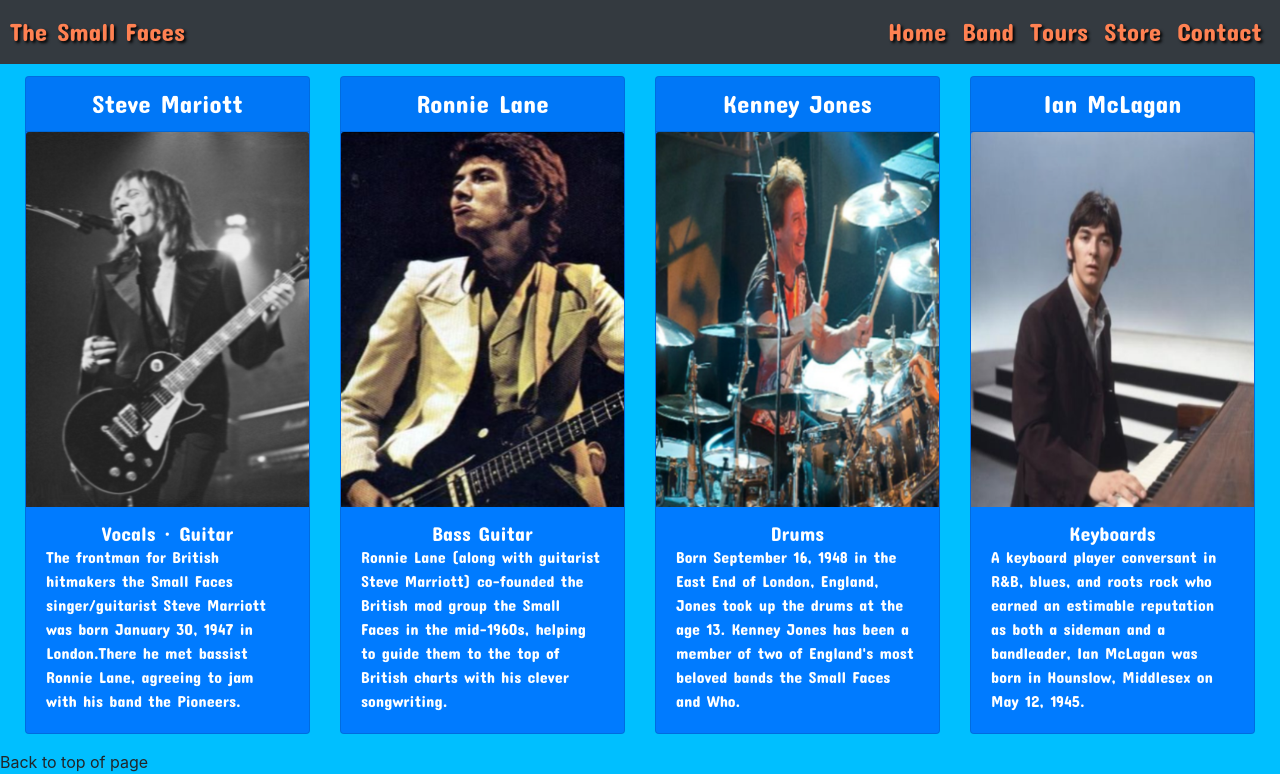
Repository: akshatnitd/User-Centric-FrontEnd-Milestone-Project
Page: band.html
The author's editor kept a record of every edit. The page is drawn from the files as they stood at one moment, then again after the next edit.
The browser window is 1280 px wide. The pictures show the whole page.
Some web libraries are served in a nearby version.

Above is the page before.

### band.html
<!DOCTYPE html>
<html lang="en">
<head>
  <meta charset="UTF-8">
  <meta name="viewport" content="width=device-width, initial-scale=1, shrink-to-fit=no">
  <meta http-equiv="X-UA-Compatible" content="ie=edge">
  <link href="https://fonts.googleapis.com/css?family=Abril+Fatface" rel="stylesheet">
	<link href="https://fonts.googleapis.com/css?family=Roboto" rel="stylesheet">
	<link href="https://fonts.googleapis.com/css?family=Concert+One&display=swap" rel="stylesheet">
	<link href="https://fonts.googleapis.com/css?family=Fjalla+One&display=swap" rel="stylesheet">
	<link rel="stylesheet" href="https://use.fontawesome.com/releases/v5.12.1/css/all.css">
	<link rel="stylesheet" href="https://stackpath.bootstrapcdn.com/bootstrap/4.4.1/css/bootstrap.min.css" integrity="sha384-Vkoo8x4CGsO3+Hhxv8T/Q5PaXtkKtu6ug5TOeNV6gBiFeWPGFN9MuhOf23Q9Ifjh" crossorigin="anonymous">
	<link href="assets/css/style.css" rel="stylesheet" type="text/css">
	<title>Band</title>
</head>
<body>
  <header>
      <nav class="navbar navbar-expand-sm navbar-dark bg-dark">
  <a class="navbar-brand" href="index.html">The Small Faces</a>
  <button class="navbar-toggler ml-auto custom-toggler" type="button" data-toggle="collapse" data-target="#navbarNav" aria-controls="navbarNav" aria-expanded="false" aria-label="Toggle navigation">
    <i class="fas fa-bars"></i>
  </button>
  <div class="collapse navbar-collapse" id="navbarNav">
    <ul class="nav navbar-nav ml-auto">
      <li class="nav-item">
        <a class="nav-link" href="index.html">Home</a>
      </li>
      <li class="nav-item">
        <a class="nav-link" href="band.html">Band</a>
      </li>
      <li class="nav-item">
        <a class="nav-link" href="tour.html">Tours</a>
      </li>
      <li class="nav-item">
        <a class="nav-link" href="store.html">Store</a>
      </li>
      <li class="nav-item">
        <a class="nav-link" href="contact.html">Contact</a>
      </li>
    </ul>
    </header>
    <section>
        <div class="card-deck">
          <div class="card text-white bg-primary mb-3">
            <h1 class="card-header">Steve Mariott</h1>
            <img class="card-img-top" src="images/steve-marriott.jpg" alt="Card image cap">
            <div class="card-body">
              <h5 class="card-subtitle">Vocals &#183; Guitar</h5>
              <p class="card-text">The frontman for British hitmakers the Small Faces
				                 singer/guitarist Steve Marriott was born January 30,
				                 1947 in London.There he met bassist Ronnie Lane,
				                 agreeing to jam with his band the Pioneers.</p>
            </div>
          </div>
          <div class="card text-white bg-primary mb-3">
            <h1 class="card-header">Ronnie Lane</h1>
            <img class="card-img-top" src="images/ronnie-lane_1.jpg" alt="Card image cap">
            <div class="card-body">
              <h5 class="card-subtitle">Bass Guitar</h5>
              <p class="card-text">Ronnie Lane (along with guitarist Steve Marriott)
								 co-founded the British mod group the Small Faces in
								 the mid-1960s, helping to guide them to the top of
								 British charts with his clever songwriting.</p>
            </div>
          </div>
          <div class="card text-white bg-primary mb-3">
    <h1 class="card-header">Kenney Jones</h1>
    <img class="card-img-top" src="images/kenney-jones.jpg" alt="Card image cap">
    <div class="card-body">
      <h5 class="card-subtitle">Drums</h5>
      <p class="card-text">Born September 16, 1948 in the East End of London,
								 England, Jones took up the drums at the age 13.
								 Kenney Jones has been a member of two of
								 England's most beloved bands the Small Faces and Who.</p>
    </div>
  </div>
  <div class="card text-white bg-primary mb-3">
   <h1 class="card-header">Ian McLagan</h1>
    <img class="card-img-top" src="images/Ian-McLagan.jpg" alt="Card image cap">
    <div class="card-body">
      <h5 class="card-subtitle">Keyboards</h5>
      <p class="card-text">A keyboard player conversant in R&B, blues,
				                 and roots rock who earned an estimable reputation
				                 as both a sideman and a bandleader, Ian McLagan
				                 was born in Hounslow, Middlesex on May 12, 1945.</p>
       </div>
      </div>
    </div>
    </section>
    <footer>
      <a href="#top">Back to top of page</a>

    </footer>
    <script src="https://code.jquery.com/jquery-3.3.1.slim.min.js" integrity="sha384-q8i/X+965DzO0rT7abK41JStQIAqVgRVzpbzo5smXKp4YfRvH+8abtTE1Pi6jizo" crossorigin="anonymous"></script>
    <script src="https://cdnjs.cloudflare.com/ajax/libs/popper.js/1.14.3/umd/popper.min.js" integrity="sha384-ZMP7rVo3mIykV+2+9J3UJ46jBk0WLaUAdn689aCwoqbBJiSnjAK/l8WvCWPIPm49" crossorigin="anonymous"></script>
    <script src="https://stackpath.bootstrapcdn.com/bootstrap/4.1.3/js/bootstrap.min.js" integrity="sha384-ChfqqxuZUCnJSK3+MXmPNIyE6ZbWh2IMqE241rYiqJxyMiZ6OW/JmZQ5stwEULTy" crossorigin="anonymous"></script>
</body>
</html>

### assets/css/style.css

/*............................................Heading*/
.navbar{
	padding: 10px 10px 10px 10px;
	height: 4rem;
	background-color: #ce828b;
	text-shadow:2px 2px 3px black;
}

.custom-toggler.navbar-toggler {
  border-color:  rgb(255,129,82);
  border-width: 2px;
  box-shadow:2px 2px 3px black;
  }

.navbar-dark .navbar-brand {
  font-family: 'Concert One', cursive;
	font-size: 25px;
	vertical-align: middle;
	color: rgb(255,129,82);
	text-shadow:2px 2px 3px black;
}

.navbar-dark .navbar-nav .nav-link {
  color: rgb(255,129,82);
  font-family: 'Concert One', cursive;
  font-size: 25px;
  z-index: 100;
}


.fa-bars{
	color: rgb(255,129,82);
	text-shadow:2px 2px 3px black;
}



/*............................................Home Page*/
.img-fluid{
  width: 100%;
  height: 93vh;
}

.img-responsive{
  display: block;
  width: 100%;
  height: 93vh;
}

.img-title{
	position: absolute;
	top: 60%;
	left: 50%;
	transform: translate(-50%, -50%);
	-moz-transform: translate(-50%, -50%);
	-webkit-transform: translate(-50%, -50%);
	-ms-transform: translate(-50%, -50%);
}

/*............................................Band Page*/

body {
	background-color: #00bfff;
}

h1 {
	text-align: center;
	font-family: 'Concert One', cursive;
	font-size: 25px;
}

h5 {
	text-align: center;
	font-family: 'Concert One', cursive;
}

.card-deck{
  margin-top: 12px;

	margin-left: 10px;
	margin-right: 10px;
}

.card-title{
	text-align: center;
}

.card-text {
	font-family: 'Concert One', cursive;
}

.card-text>p{
	text-align: justify;
}

/*............................................Tours*/

.table{
	margin-top: 20px;
	margin-bottom: 20px;
}

.table-header{
	text-align: center;
}

td, th {
	font-family: 'Concert One', cursive;
	font-size: 20px;
	color: white;
	letter-spacing: 2px;
}

/*............................................Store*/

/* Grid container */
#p-grid {
  margin-left: 5px;
  margin-right: 5px;
  display: grid;
  margin-top: 5px;
  margin-bottom: 6px;

/* Width of columns */
grid-template-columns: 25% 25% 25% 25%;
}

/* Product items */
div.p-grid-in {
  box-sizing: border-box;
  margin: 5px;
  padding: 10px;
  border: 1px solid #e8f0ff;
  border-radius: 5px;
  box-shadow:2px 2px 3px black;
  background: #0077f7;
  }

img.p-img {
  width: 100%;
  height: auto;
  border-radius: 5px;
  }

div.p-name {
  font-size: 18px;
  text-align: center;
  font-family: 'Concert One', cursive;
  margin-top: 2px;
  color: white;
  border-radius: 5px;
  text-shadow:2px 2px 3px black;
 }

div.p-price {
  color: white;
  text-align: center;
  font-size: 20px;
  text-align: center;
  font-family: 'Roboto', sans-serif;
  font-weight: 900;
  text-shadow:2px 2px 3px black;
  }

div.p-desc {
  color: #888;
  font-size: 0.9em;
  }
      button.p-add {
      	background: #f46b41;
        color: #fff;
        border: none;
        width: 100%;
        padding: 10px;
        font-size: 1.1em;
        cursor: pointer;
        border-radius: 5px;
      }

h6 {
	font-family: 'Roboto', sans-serif;
	color: white;
	font-size: 15px;
	margin-top: 5px;
	margin-bottom: 5px;
	text-align: center;
	text-shadow:2px 2px 3px black;

}

audio {
  width: 95%;
  box-shadow:2px 2px 3px black;
  border-radius: 100px;
  border-width: 25px;
  transform: scale(1.05);
  background-color: black;
  z-index: 100;
  margin-left: 7px;
 }



      /* Responsive */
      @media only screen and (max-width: 1024px) {
        #p-grid { grid-template-columns: 33% 33% 33%; }
      }
      @media only screen and (max-width: 600px) {
        #p-grid { grid-template-columns: 100%; }
      }


/*............................................Contact*/
:root {
  --white: #afafaf;
  --red: #e31b23;
  --borderFormEls: hsl(0, 0%, 10%);
  --bgFormEls: hsl(0, 0%, 14%);
  --bgFormElsFocus: hsla(272, 90%, 54%, 0.6);
}

* {
  padding: 0;
  margin: 0;
  box-sizing: border-box;
  outline: none;

}

a {
  color: inherit;
}

input,
select,
textarea,
button {
  font-family: inherit;
  font-size: 20px;
  font-family: 'Concert One', cursive;
}

button,
label {
  cursor: pointer;
}

select {
  appearance: none;
}

select::-ms-expand {
  display: none;
}

select:-moz-focusring {
  color: transparent !important;
  text-shadow: 0 0 0 var(--white);
}

textarea {
  resize: none;
}

ul {
  list-style: none;
}

.my-form select,
.my-form input,
.my-form textarea,
.my-form button {
  margin-top: 15px;
  width: 100%;
  line-height: 1.5;
  padding: 15px 10px;
  border: 1px solid var(--borderFormEls);
  border-color: #1A237E;
  border-radius: 5px;
  color: white;
  background: var(--bgFormEls);
  background-color: #2196f3;
  transition: background-color 0.3s cubic-bezier(0.57, 0.21, 0.69, 1.25),
  transform 0.3s cubic-bezier(0.57, 0.21, 0.69, 1.25);
  text-align: center;
  height: 20px;
}

.my-form textarea {
  height: 258px;
  text-align: center;
}

.my-form ::placeholder {
  color: inherit;
  opacity: 1;
}

.my-form select:focus,
.my-form input:focus,
.my-form textarea:focus,
.my-form button:focus {
  background: var(--bgFormElsFocus);
}

.my-form select:focus,
.my-form input:focus,
.my-form textarea:focus {
  transform: scale(1.02);
}

.my-form *:required,
.my-form select {
  background-repeat: no-repeat;
  background-position: center right 12px;
  background-size: 15px 15px;
}

.my-form .btn-grid {
  position: relative;
  overflow: hidden;
  transition: filter 0.2s;
}

.my-form button:enabled:hover,
.my-form button:focus {
  background: var(--bgFormElsFocus);
  background-color: red;
}

.my-form button > * {
  height: 20px;
  display: inline-block;
  width: 100%;
  transition: transform 0.4s ease-in-out;
  text-align: center;
}

.my-form button .back {
  position: absolute;
  left: 50%;
  top: 50%;
  transform: translate(-110%, -50%);
}

.my-form button:enabled:hover .back,
.my-form button:focus .back {
  transform: translate(-50%, -50%);

}

.my-form button:enabled:hover .front,
.my-form button:focus .front {
  transform: translateX(110%);

}

/*............................................Footer*/
.footer {
  height: 50px;
  text-align: center;
  font-size: 20px;
  font-family: 'Concert One', cursive;
  color: #ff8152;
  background-color: #ce828b;
  text-shadow:2px 2px 3px black;
  vertical-align: middle;
}


/*.............................................Media Queries*/

@media (min-width: 601px) {
.mobile {
	display: none;
	}

.img-fluid {
	display: block;
	max-width: 100vw;
	}

.mobile-tour{
	display: none;
	}
}

@media (max-width: 600px){
h3 {
	text-align: center;
	font-family: 'Concert One', cursive;
	font-size: 25px;
	font-weight: bold;
	color:white;
	letter-spacing: 2px;
}

p {
	text-align: center;
	font-family: 'Concert One', cursive;
	font-size: 22px;
	color:white;
	letter-spacing: 2px;
}

.mobile {
	display: block;
}

.mobile-tour{
	display: block;
}

.table-responsive {
	display: none;
}

.column {
	width: 100%;
	display: block;
	margin-bottom: 20px;
	text-align: center;
	background-color: #007bff;
}

.img-fluid {
	display: none;
}
.img-title {
	display: none;
}

.img-mobile {
	width: 100%;
	height: 90vh;
}

.navbar-brand{
	font-family: 'Concert One', cursive;
	font-size: 50px;
}

.navbar-dark .navbar-nav .nav-link {
	position: relative;
	font-size: 24px;
	z-index: 100;
	line-height: 20px;
}

.footer {
  color: black;
  width:100%;
  padding:0;
  clear:both;
  bottom:0;
  position: absolute;
}
}

After the next edit:
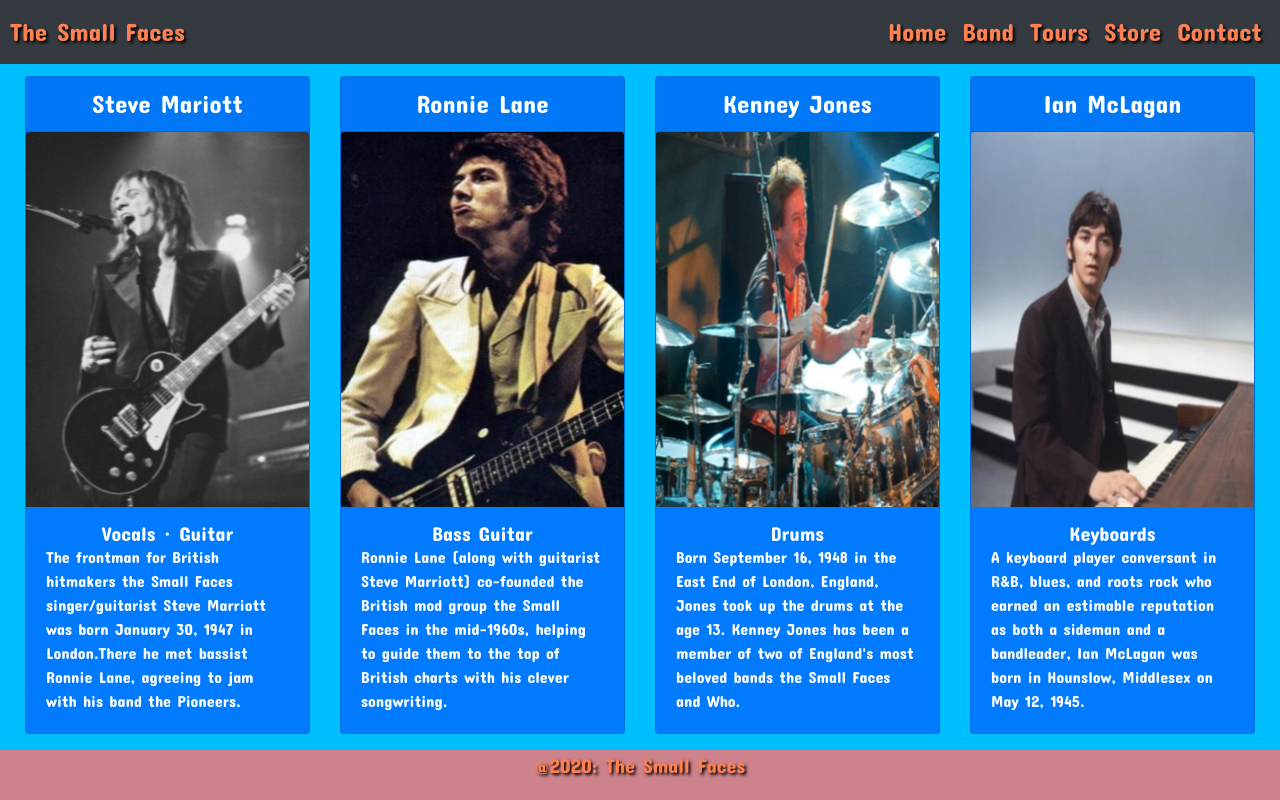
The edit:
--- a/band.html
+++ b/band.html
@@ -87,10 +87,9 @@
       </div>
     </div>
     </section>
-    <footer>
-      <a href="#top">Back to top of page</a>
-
-    </footer>
+    <!-- Footer -->
+  <footer class="footer">@2020: The Small Faces</footer>
+  <!-- Footer -->
     <script src="https://code.jquery.com/jquery-3.3.1.slim.min.js" integrity="sha384-q8i/X+965DzO0rT7abK41JStQIAqVgRVzpbzo5smXKp4YfRvH+8abtTE1Pi6jizo" crossorigin="anonymous"></script>
     <script src="https://cdnjs.cloudflare.com/ajax/libs/popper.js/1.14.3/umd/popper.min.js" integrity="sha384-ZMP7rVo3mIykV+2+9J3UJ46jBk0WLaUAdn689aCwoqbBJiSnjAK/l8WvCWPIPm49" crossorigin="anonymous"></script>
     <script src="https://stackpath.bootstrapcdn.com/bootstrap/4.1.3/js/bootstrap.min.js" integrity="sha384-ChfqqxuZUCnJSK3+MXmPNIyE6ZbWh2IMqE241rYiqJxyMiZ6OW/JmZQ5stwEULTy" crossorigin="anonymous"></script>
